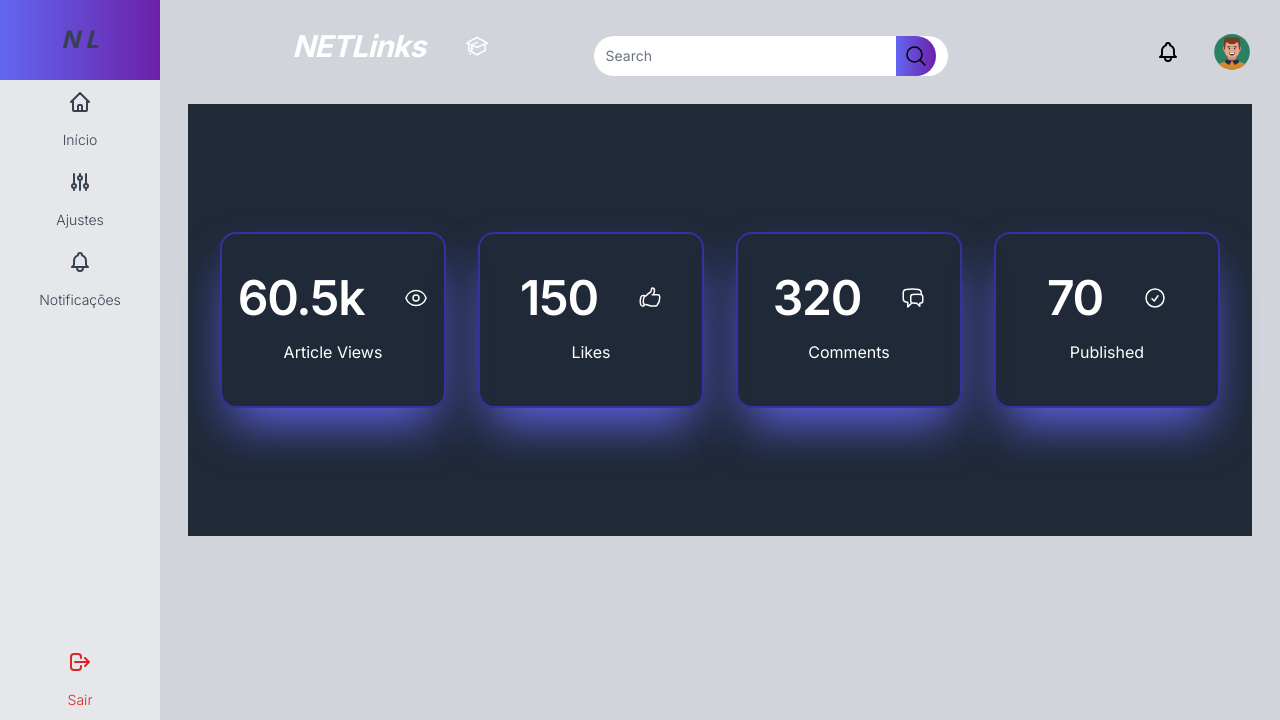
Repository: KennedyWanderson/AdminDashboard
Page: / (app in Code/admindashboard/)
These files come from the project's save history. The page is drawn as it stood at one moment and after the next save; the edit follows.
The browser window is 1280 px wide. The pictures show the whole page.
The project was rebuilt for these pictures with package versions that can differ from the ones it lists, and the page was loaded fresh each time. The framework's server and built-in components were replaced by stand-ins that run in the browser. Also part of the build but not shown: Code/admindashboard/next.config.mjs.

Above is the page before, as saved 2024-06-24 20:34:04.

After the next save:
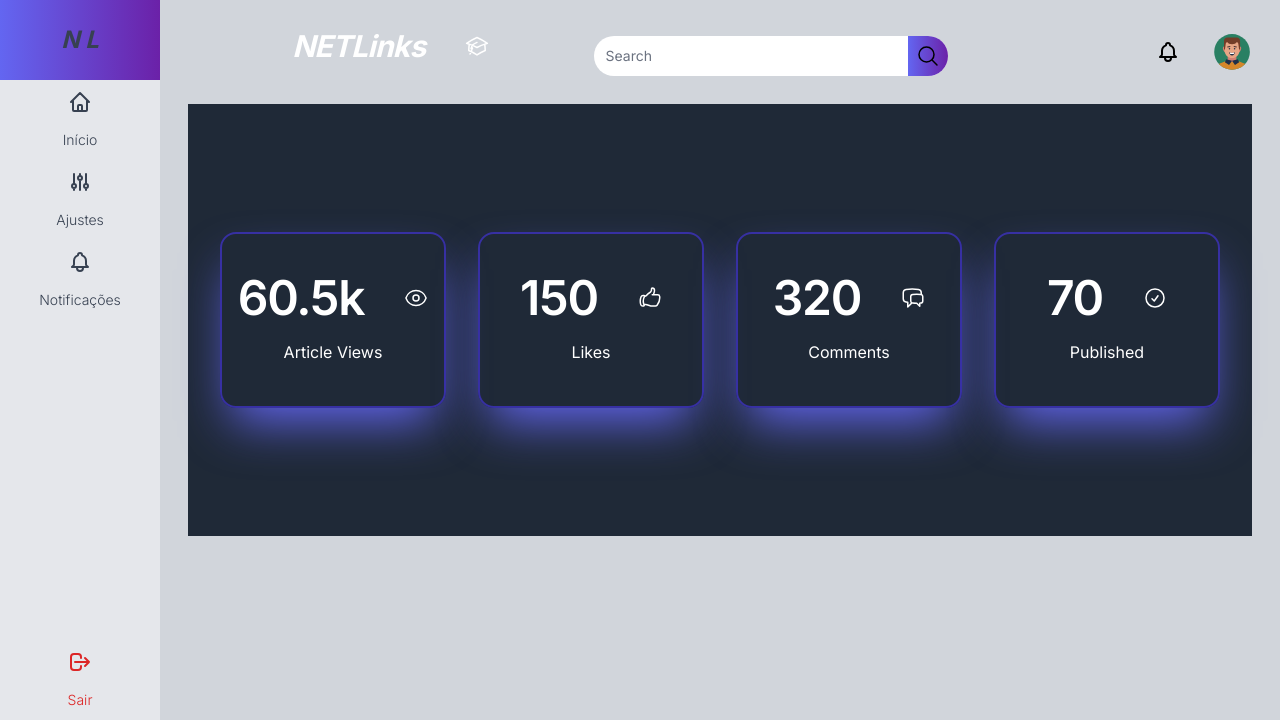
Saved 20 s later.
--- a/Code/admindashboard/src/components/Header.jsx
+++ b/Code/admindashboard/src/components/Header.jsx
@@ -38,7 +38,7 @@ export default function Header({ titulo, subtitulo }) {
                     id="search"
                     className="w-full rounded-full py-2 pl-20 pr-10"
                 />
-                <div className="absolute inset-y-0 right-0 flex items-center pr-3">
+                <div className="absolute inset-y-0 right-0 flex items-center">
                     <div className="rounded-r-full bg-gradient-to-r from-indigo-500 to-purple-800 p-2 cursor-pointer">
                         {IconeSearch}
                     </div>
